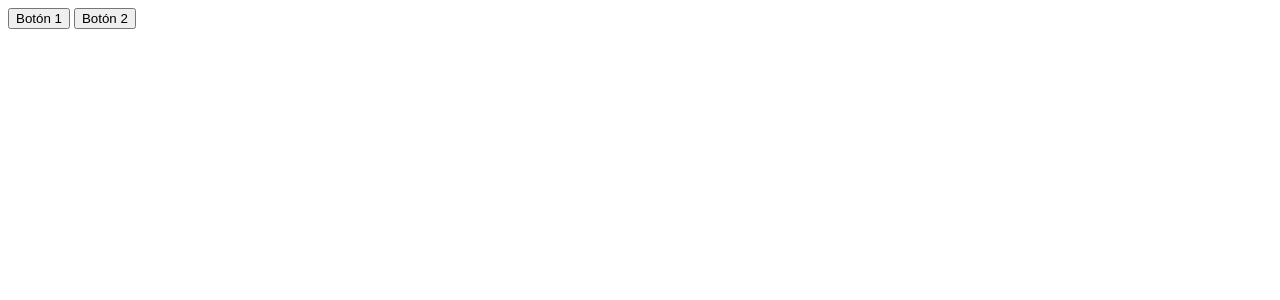
Repository: conchaasensio/ejercicios-en-clase-j
Page: modulo-2/leccion-2.1/ejercicio-8/index.html
These files come from the project's save history. The page is drawn as it stood at one moment and after the next save; the edit follows.
The browser window is 1280 px wide. The pictures show the whole page.

Above is the page before, as saved 2020-06-29 17:40:48.

### modulo-2/leccion-2.1/ejercicio-8/index.html
<!DOCTYPE html>
<html lang="es">
  <head>
    <meta charset="UTF-8" />
    <meta name="viewport" content="width=device-width, initial-scale=1.0" />
    <link rel="stylesheet" href="./style.css" />
    <title>Deshabilitando botones</title>
  </head>
  <body>
    <button type="button" name="button" class="button">Botón 1</button>
    <button type="button" name="button" class="button">Botón 2</button>
    <script src="./main.js"></script>
  </body>
</html>

### modulo-2/leccion-2.1/ejercicio-8/style.css
.button

Loaded but not shown: modulo-2/leccion-2.1/ejercicio-8/main.js (common file)

After the next save:
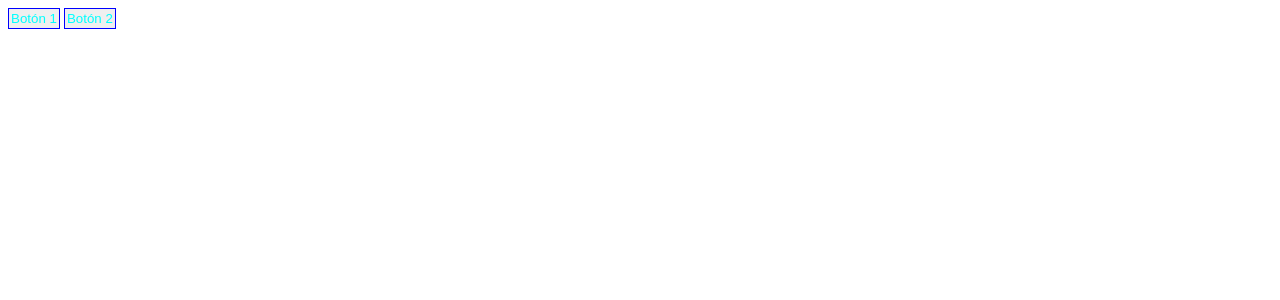
Saved 37 s later.
--- a/modulo-2/leccion-2.1/ejercicio-8/style.css
+++ b/modulo-2/leccion-2.1/ejercicio-8/style.css
@@ -1 +1,5 @@
-.button
+.button {
+  padding: 2px;
+  border: 1px solid blue;
+  color: aqua;
+}
